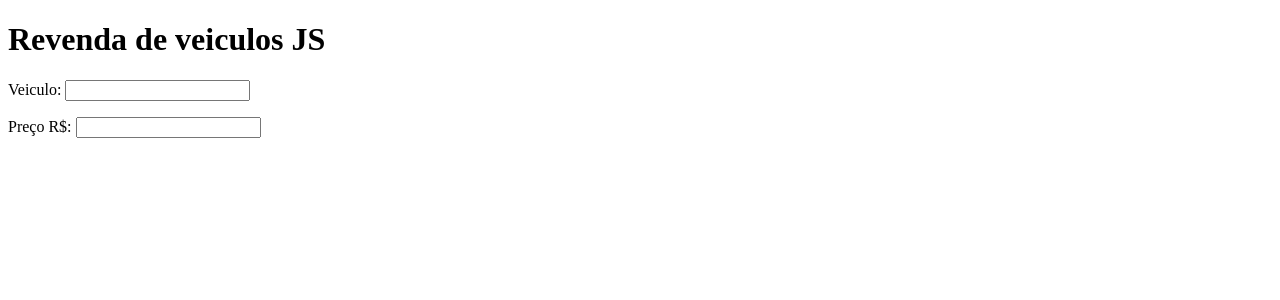
Repository: JhonMercedes/Javascript-book
Page: cap2/ex2_3.html
An editor plug-in stored every save of this project. The page is shown before and after the next save, followed by the edit.
The browser window is 1280 px wide. The pictures show the whole page.

Above is the page before, as saved 2021-12-03 21:50:35.

### cap2/ex2_3.html
<!DOCTYPE html>
<html lang="en">
<head>
    <meta charset="UTF-8">
    <meta http-equiv="X-UA-Compatible" content="IE=edge">
    <meta name="viewport" content="width=device-width, initial-scale=1.0">
    <title>Document</title>
</head>
<body>
    <h1>Revenda de veiculos JS</h1>
    <p>Veiculo:
        <input type="text">
    </p>
    <p>Preço R$:
        <input type="text">
    </p>
</body>
</html>

After the next save:
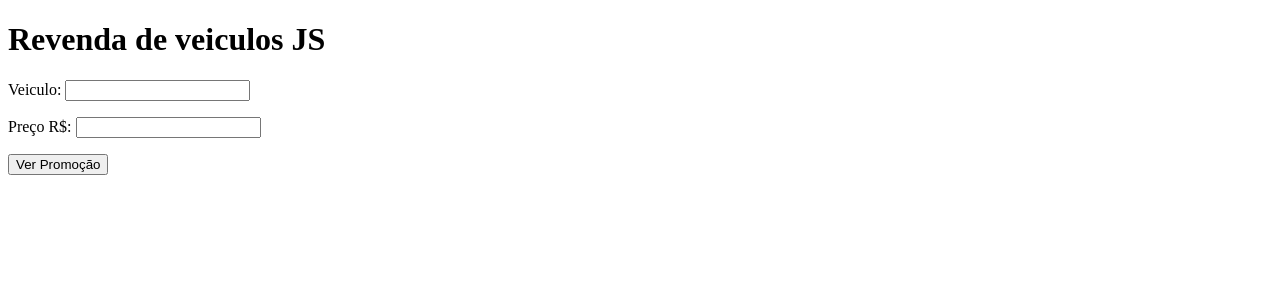
Saved 4 h 43 min later.
--- a/cap2/ex2_3.html
+++ b/cap2/ex2_3.html
@@ -14,5 +14,7 @@
     <p>Preço R$:
         <input type="text">
     </p>
+
+    <input type="button" value="Ver Promoção">
 </body>
 </html>
